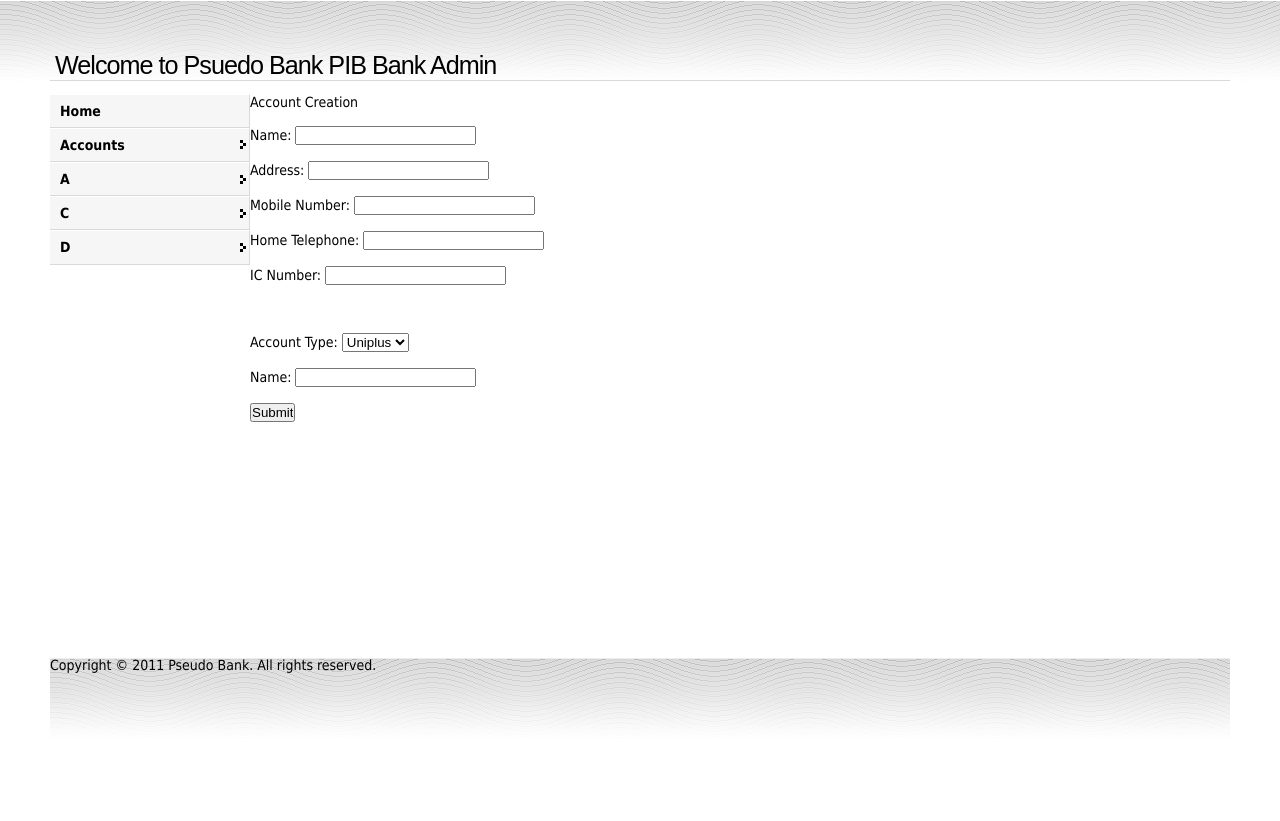
Repository: hareth12/Final-Year-Project
Page: http://localhost/bankAdmin/Account/accountCreation1.jsp
An editor plug-in stored every save of this project. The page is shown before and after the next save, followed by the edit.
The browser window is 1280 px wide. The pictures show the whole page.
The page is served by Tomcat 9. Other server files are loaded and not shown.

Above is the page before, as saved 2011-09-30 02:13:04.

### bankAdmin/WebContent/Account/accountCreation1.jsp
<!DOCTYPE html PUBLIC "-//W3C//DTD XHTML 1.0 Transitional//EN" "http://www.w3.org/TR/xhtml1/DTD/xhtml1-transitional.dtd">
<html xmlns="http://www.w3.org/1999/xhtml" xml:lang="en" lang="en">
<head>
<title>Psuedo Bank Personal Internal Banking</title>
<meta http-equiv="Content-Type" content="text/html; charset=utf-8" />
<meta name="author" content="Tom@Lwis (http://www.lwis.net/free-css-drop-down-menu/)" />
<meta name="keywords" content="css, dropdowns, dropdown menu, drop-down, menu, navigation, nav, horizontal, vertical left-to-right, vertical right-to-left, horizontal linear, horizontal upwards, cross browser, internet explorer, ie, firefox, safari, opera, browser, lwis" />
<meta name="description" content="Simple vertical left-to-right direction css drop-down menu demo using clean, standards-friendly, free, easy, cross browser framework for css drop-down menus" />
<link href="/pib/asset/secured/helper.css" media="screen" rel="stylesheet" type="text/css" />

<style type="text/css">

/* Layout */
@import "/pib/asset/secured/dropdown.css";
@import "/pib/asset/secured/dropdown.vertical.css";

/* Theme */
@import "/pib/asset/secured/default.css";

</style>


</head>
<body>
<div id="wrap">  <!-- This wrap div needs to encompass everything except the footer div at bottom -->
<h1>Welcome to Psuedo Bank PIB Bank Admin</h1>

<ul id="nav" class="dropdown dropdown-vertical">
    <li><a href="#">Home</a></li>
    <li class="dir">Accounts
        <ul>
            <li><a href="/bankAdmin/AccountCreation">Accounts Creation</a></li>
            <li><a href="#">Accounts Enquiry</a></li>
                <ul>
                    <li><a href="./">1</a></li>
                    <li><a href="./">2</a></li>
                    <li><a href="./">3</a></li>
                    <li><a href="./">4</a></li>
                    <li><a href="./">5</a></li>
                </ul>
            </li>
        </ul>
    </li>
    <li class="dir">A
        <ul>
            <li><a href="#">1</a></li>
            <li><a href="#">2</a></li>
            <li><a href="#">3</a></li>
        </ul>
    </li>
    <li class="dir">C
        <ul>
            <li><a href="./">1</a></li>
            <li><a href="./">2</a></li>
            <li><a href="./">3</a></li>
        </ul>
    </li>
    <li class="dir">D</a>
        <ul>
            <li><a href="./">1</a></li>
        </ul>
    </li>
</ul>
	<div id="main">
	Account Creation
	<br></br>

		<form name="input" action="html_form_action.asp" method="get">
		Name: <input type="text" name="name" />  <br></br>
		Address: <input type="text" name="address" /> <br></br>
		Mobile Number: <input type="text" name="mobile" /> <br></br>
		Home Telephone: <input type="text" name="home" /> <br></br>
		IC Number: <input type="text" name="icNumber" /> <br></br>
		<br></br>
		Account Type: <select name="accountType">
				  <option value="Uniplus">Uniplus</option>
				</select> <br></br>
		Name: <input type="text" name="user" /> <br></br>
		<input type="submit" value="Submit" />
		</form>




	</div>

</div>

<div class="footer">
	<div id="foot"> <!-- this extra div is just centering the fixed width area of the footer content -->

    <p>Copyright &copy; 2011 Pseudo Bank. All rights reserved.</p>
    </div>
</div>

</body>


</html>

### bankAdmin/WebContent/asset/secured/helper.css

* {
 margin: 0;
 padding: 0;
}

body {
 padding: 50px;
 border-top: solid 1px #fff;
 background: #fff url(images/pattern1.png) 0 0 repeat-x;
 font: 14px/normal Tahoma, Arial, Helvetica, sans-serif;
}

html, body{height: 100%;}

#wrap {min-height: 80%;}

#main {overflow:auto;
    padding-bottom: 20%;}  /* must be same height as the footer */

footer {

 position: relative;
 margin-top: -20%;
 height: 20%;
 clear:both;
 text-align: center;
 width:100%;
}

/* Footer */
#footer {background: #444444 url('images/footer.gif') repeat-x;color:#ffffff;font-size:11px;font-family:Verdana, Arial, sans-serif}
#footer2 {background-color: #444444;color:#ffffff;font-size:11px;font-family:Verdana, Arial, sans-serif;height:140px}
#footer a, #footer2 a {color:#ffffff;text-decoration:underline}
#footer a:hover, #footer2 a:hover {color:#804249;text-decoration:underline}
#footer a:visited, #footer2 a:visited  {color:#ffffff;text-decoration:underline}
#footer p, #footer2 p {margin:0 0 15px 0}
#footer p.axe img, #footer2 p.axe img {margin-bottom:-7px}
#foot {width:100%;margin:0 auto;background: url('images/pattern1.png') repeat-x;height:140px;line-height:1.1em;padding: 0;}
#foot2 {width:800px;margin:0 auto;height:140px;line-height:1.1em;padding:0 10px 0 10px}
#foot #left {width:400px;float:left;padding-top:72px}
#foot #right {width:250px;float:right;text-align:right;padding-top:72px}
#foot2 #left {width:450px;float:left;padding-top:45px}
#foot2 #right {width:250px;float:right;text-align:right;padding-top:45px}

.clearfix:after {content: ".";display: block;height: 0;clear: both;visibility: hidden}
.clearfix {display: inline-block}
* html .clearfix {height: 1%}
.clearfix {display: block}


p { margin-bottom: 1em; }

ul.classic {
 list-style: disc;
 margin-bottom: 1em;
 padding-left: 2em;
}

h1,h2,h3 {
 margin-bottom: .5em;
 font-family: Arial, Helvetica, sans-serif;
 line-height: normal;
}

h1 {
 border-bottom: solid 1px #d9d9d9;
 font-weight: normal;
 font-size: 180%;
 text-indent: 5px;
 letter-spacing: -1px;
}

.dropdown-upward {
 margin-top: 400px !important;
}

### bankAdmin/WebContent/asset/secured/dropdown.css
@charset "UTF-8";

/**
 * Horizontal CSS Drop-Down Menu Module
 *
 * @file        dropdown.css
 * @package     Dropdown
 * @version     0.7.1
 * @type        Transitional
 * @stacks      597-599
 * @browsers    Windows: IE6+, Opera7+, Firefox1+
 *              Mac OS: Safari2+, Firefox2+
 *
 * @link        http://www.lwis.net/
 * @copyright   2006-2008 Live Web Institute. All Rights Reserved.
 *
 */

ul.dropdown,
ul.dropdown li,
ul.dropdown ul {
 list-style: none;
 margin: 0;
 padding: 0;
}

ul.dropdown {
 position: relative;
 z-index: 597;
 float: left;
}

ul.dropdown li {
 float: left;
 line-height: 1.3em;
 vertical-align: middle;
 zoom: 1;
}

ul.dropdown li.hover,
ul.dropdown li:hover {
 position: relative;
 z-index: 599;
 cursor: default;
}

ul.dropdown ul {
 visibility: hidden;
 position: absolute;
 top: 100%;
 left: 0;
 z-index: 598;
 width: 100%;
}

ul.dropdown ul li {
 float: none;
}

ul.dropdown ul ul {
 top: 1px;
 left: 99%;
}

ul.dropdown li:hover > ul {
 visibility: visible;
}

### bankAdmin/WebContent/asset/secured/dropdown.vertical.css
@charset "UTF-8";

/**
 * Vertical Left-to-Right Direction CSS Drop-Down Menu Component
 *
 * @file		dropdown.vertical.css
 * @package		Dropdown
 * @version		0.3
 * @type		Transitional
 * @requires	dropdown.css
 * @browsers	Windows: IE5+, Opera7+, Firefox1+
 *				Mac OS: Safari2+, Firefox2+
 *
 * @link		http://www.lwis.net/
 * @copyright	2006-2008 Live Web Institute. All Rights Reserved.
 *
 */

@import "dropdown.css";

ul.dropdown-vertical {
 width: 200px;
}

ul.dropdown-vertical ul {
 top: 1px;
 left: 99%;
}

ul.dropdown-vertical li {
 float: none;
}

### bankAdmin/WebContent/asset/secured/default.css
@charset "UTF-8";

/**
 * Default CSS Drop-Down Menu Theme
 *
 * @file		default.css
 * @name		Default
 * @version		0.1.1
 * @type		transitional
 * @browsers	Windows: IE5+, Opera7+, Firefox1+
 *				Mac OS: Safari2+, Firefox2+
 *
 * @link		http://www.lwis.net/
 * @copyright	2008 Live Web Institute. All Rights Reserved.
 *
 * Module Classes: *.dir {} *.on {} *.open {} li.hover {} li.first {} li.last {}
 * Expected directory tag - li
 *
 */


/*-------------------------------------------------/
 * @section		Base Drop-Down Styling
 * @structure	ul (unordered list)
 *				ul li (list item)
 *				ul li a (links)
 *				/*\.class|(li|a):hover/
 * @level sep	ul
 */


ul.dropdown {
 font-weight: bold;
}

	ul.dropdown li {
	 padding: 7px 10px;
	 border-style: solid;
	 border-width: 1px 1px 1px 0;
	 border-color: #fff #d9d9d9 #d9d9d9;
	 background-color: #f6f6f6;
	 color: #000;
	}

	ul.dropdown li.hover,
	ul.dropdown li:hover {
	 background-color: #eee;
	 color: #000;
	}

	ul.dropdown a:link,
	ul.dropdown a:visited	{ color: #000; text-decoration: none; }
	ul.dropdown a:hover		{ color: #000; }
	ul.dropdown a:active	{ color: #ffa500; }


	/* -- level mark -- */

	ul.dropdown ul {
	 width: 150px;
	 margin-top: 1px;
	}

		ul.dropdown ul li {
		 font-weight: normal;
		}



/*-------------------------------------------------/
 * @section		Support Class `dir`
 * @level sep	ul, .class
 */


ul.dropdown *.dir {
 padding-right: 20px;
 background-image: url(../secured/images/nav-arrow-down.png);
 background-position: 100% 50%;
 background-repeat: no-repeat;
}


/* -- Components override -- */

ul.dropdown-horizontal ul *.dir {
 padding-right: 15px;
 background-image: url(../secured/images/nav-arrow-right.png);
 background-position: 100% 50%;
 background-repeat: no-repeat;
}

ul.dropdown-upward *.dir {
 background-image: url(../secured/images/nav-arrow-top.png);
}

ul.dropdown-vertical *.dir,
ul.dropdown-upward ul *.dir {
 background-image: url(../secured/images/nav-arrow-right.png);
}

ul.dropdown-vertical-rtl *.dir {
 padding-right: 10px;
 padding-left: 15px;
 background-image: url(../secured/images/nav-arrow-left.png);
 background-position: 0 50%;
}

After the next save:
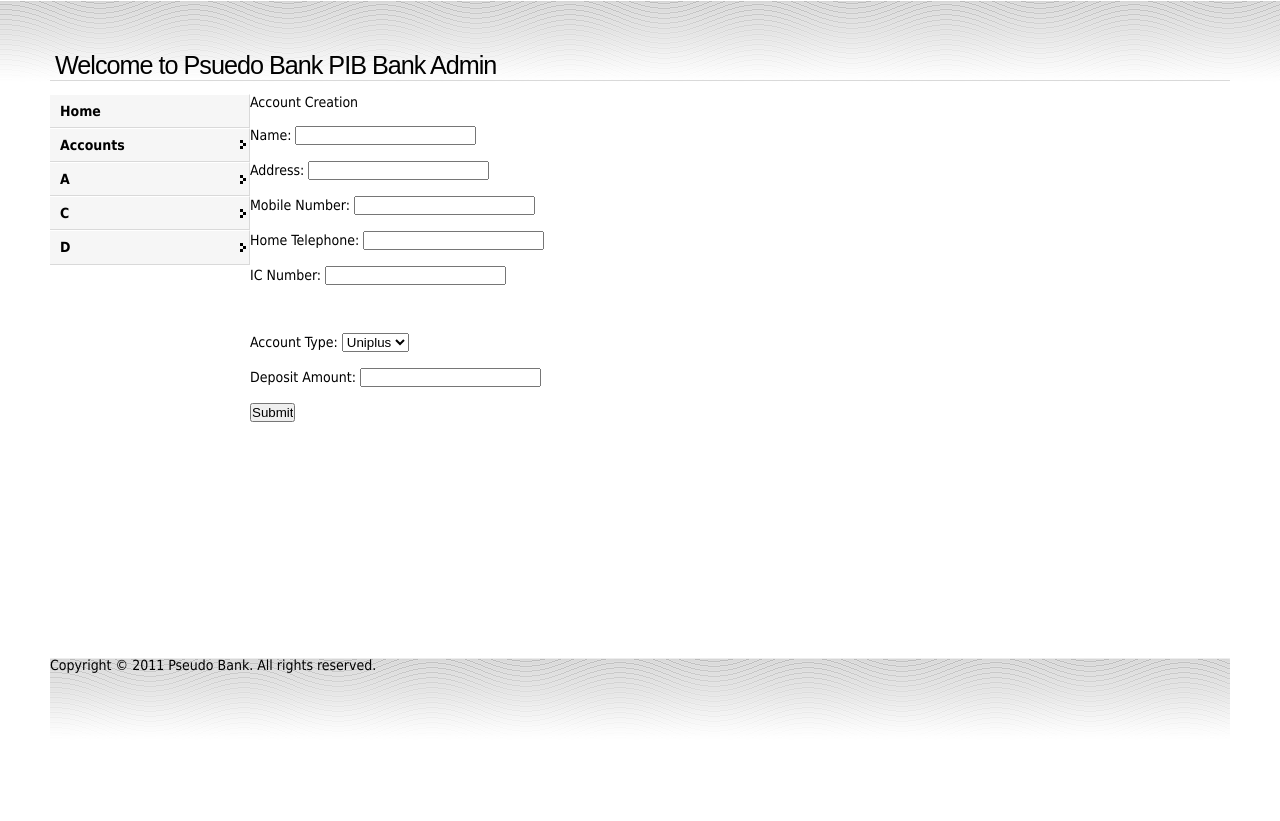
Saved 20 s later.
--- a/bankAdmin/WebContent/Account/accountCreation1.jsp
+++ b/bankAdmin/WebContent/Account/accountCreation1.jsp
@@ -75,7 +75,7 @@
 		Account Type: <select name="accountType">
 				  <option value="Uniplus">Uniplus</option>
 				</select> <br></br>
-		Name: <input type="text" name="user" /> <br></br>
+		Deposit Amount: <input type="text" name="user" /> <br></br>
 		<input type="submit" value="Submit" />
 		</form>
 
